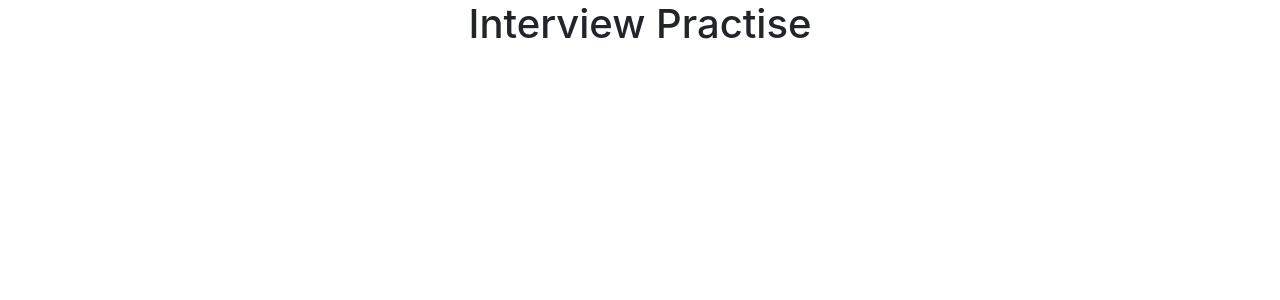
Repository: punitbathija/Machine-Round-React
Page: /
An editor plug-in stored every save of this project. The page is shown before and after the next save, followed by the edit.
The browser window is 1280 px wide. The pictures show the whole page.
The project was rebuilt for these pictures with package versions that can differ from the ones it lists, and the page was loaded fresh each time. Also part of the build but not shown: src/components/counter.jsx.

Above is the page before, as saved 2023-06-01 12:23:44.

After the next save:
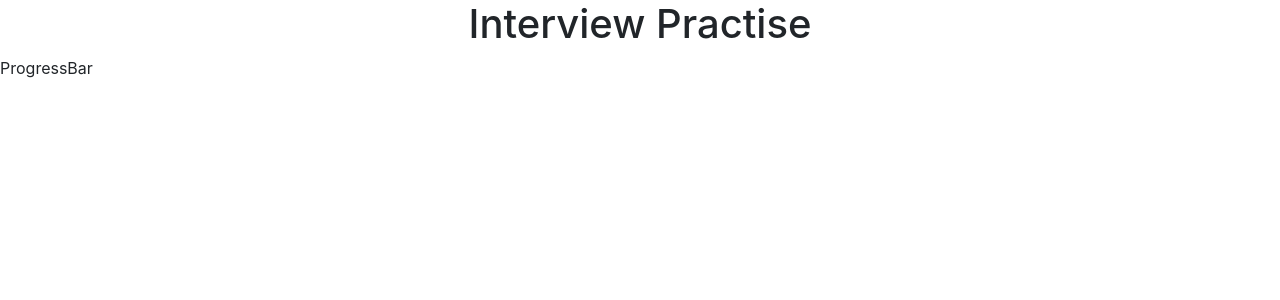
Saved 28 s later.
--- a/src/index.js
+++ b/src/index.js
@@ -2,6 +2,7 @@ import React from "react";
 import ReactDOM from "react-dom/client";
 import Counter from "./components/counter";
 import "./index.css";
+import ProgressBar from "./components/ProgressBar";
 // import FetchApi from "./components/FetchApi";
 
 const root = ReactDOM.createRoot(document.getElementById("root"));
@@ -10,5 +11,6 @@ root.render(
     <h1 className="text-center">Interview Practise</h1>
     {/* <Counter /> */}
     {/* <FetchApi /> */}
+    <ProgressBar />
   </>
 );
